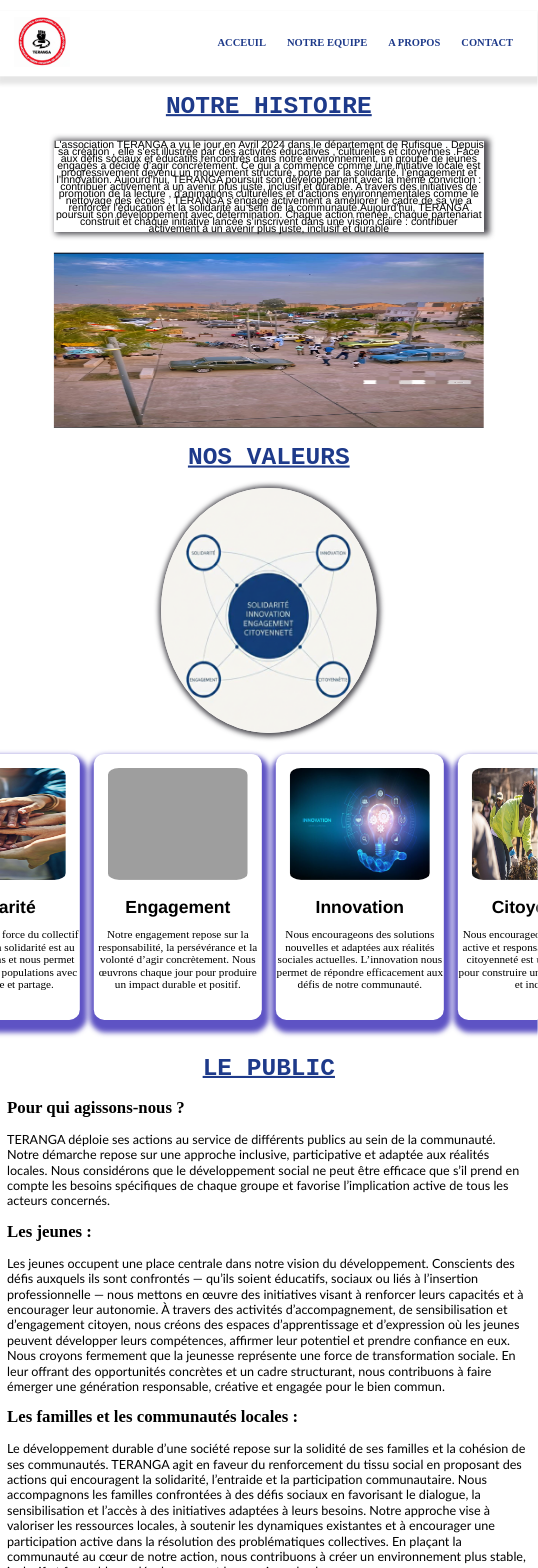
Repository: assanendao171/projet-teranga
Page: propos.html
These files come from the project's save history. The page is drawn as it stood at one moment and after the next save; the edit follows.
The browser window is 768 px wide. The pictures show the part of the page from y = 0 to 2240 px (the page is 4356 px tall before and 4616 px after), at 70% of full size.
Pictures or frames that could not be fetched are drawn as grey boxes.

Above is the page before, as saved 2026-02-13 16:17:42.

### propos.html
<!doctype html>
<html lang="en">
  <head>
    <meta charset="UTF-8" />
    <meta name="viewport" content="width=device-width, initial-scale=1.0" />
    <title>Document</title>
    <link rel="stylesheet" href="propos.css" />
  </head>
  <body>
    <!-- l'entete -->
    <header>
      <!-- logo -->
      <div class="contain-logo">
        <img src="image/logo.jpeg" alt="" class="logo" />
      </div>
      <div class="btn-nav">
        <nav>
          <a href="acceuil.html" target="_blank">ACCEUIL</a>
          <a href="equipe.html" target="_blank">NOTRE EQUIPE</a>
          <a href="propos.html" target="_blank">A PROPOS</a>
          <a href="contact.html" target="_blank">CONTACT</a>
        </nav>
      </div>
    </header>
    <!-- corps -->
    <main>
      <!-- section histoire -->
      <h1 id="histoire">NOTRE HISTOIRE</h1>
      <div class="contain-histoire">
        <p id="p-histoire">
          L'association TERANGA a vu le jour en Avril 2024 dans le département
          de Rufisque . Depuis sa création , elle s'est illustrée par des
          activités éducatives , culturelles et citoyennes .Face aux défis
          sociaux et éducatifs rencontrés dans notre environnement, un groupe de
          jeunes engagés a décidé d’agir concrètement. Ce qui a commencé comme
          une initiative locale est progressivement devenu un mouvement
          structuré, porté par la solidarité, l’engagement et l’innovation.
          Aujourd’hui, TERANGA poursuit son développement avec la même
          conviction : contribuer activement à un avenir plus juste, inclusif et
          durable. A travers des initiatives de promotion de la lecture ,
          d'animations culturelles et d'actions environnementales comme le
          nettoyage des écoles , TERANGA s'engage activement a améliorer le
          cadre de sa vie a renforcer l'éducation et la solidarité au sein de la
          communauté.Aujourd’hui, TERANGA poursuit son développement avec
          détermination. Chaque action menée, chaque partenariat construit et
          chaque initiative lancée s’inscrivent dans une vision claire :
          contribuer activement à un avenir plus juste, inclusif et durable
        </p>
        <img
          src="image/histoireImage.jpeg"
          alt="photo histoire"
          class="photo-histoire" />
      </div>
      <h1 id="valeur">NOS VALEURS</h1>
      <div class="contain-valeur">
        <img src="image/photo-valeur.png" alt="" class="photo-valeur" />
      </div>
      <div class="contain-image">
        <div class="image1">
          <img
            src="image/solidatité.jpg"
            alt="aide social"
            class="image-aide" />
          <span id="texte-aide-social">Solidarité</span>
          <p>
            Nous croyons en la force du collectif et en l’entraide. La
            solidarité est au cœur de nos actions et nous permet d’accompagner
            les populations avec respect, écoute et partage.
          </p>
        </div>
        <!-- ____________________ -->
        <div class="image1">
          <img src="image/engagement.jpg" alt="education" class="image-aide" />
          <span id="texte-aide-social">Engagement</span>
          <p>
            Notre engagement repose sur la responsabilité, la persévérance et la
            volonté d’agir concrètement. Nous œuvrons chaque jour pour produire
            un impact durable et positif.
          </p>
        </div>
        <!-- ___________________________________ -->
        <div class="image1">
          <img
            src="image/innovation.jpg"
            alt="environnement"
            class="image-aide" />
          <span id="texte-aide-social">Innovation</span>
          <p>
            Nous encourageons des solutions nouvelles et adaptées aux réalités
            sociales actuelles. L’innovation nous permet de répondre
            efficacement aux défis de notre communauté.
          </p>
          <!-- ______________________________________________ -->
        </div>
        <div class="image1">
          <img
            src="image/citoyennete.jpg"
            alt="environnement"
            class="image-aide" />
          <span id="texte-aide-social">Citoyenneté</span>
          <p>
            Nous encourageons la participation active et responsable de chacun.
            La citoyenneté est un levier essentiel pour construire une société
            plus juste et inclusive.
          </p>
          <!-- ______________________________________________ -->
        </div>
      </div>

      <!-- le public -->
      <div class="containt-public">
        <h1 id="public">LE PUBLIC</h1>
        <h2>Pour qui agissons-nous ?</h2>
        <p class="p-public">
          TERANGA déploie ses actions au service de différents publics au sein
          de la communauté. Notre démarche repose sur une approche inclusive,
          participative et adaptée aux réalités locales. Nous considérons que le
          développement social ne peut être efficace que s’il prend en compte
          les besoins spécifiques de chaque groupe et favorise l’implication
          active de tous les acteurs concernés.
        </p>
        <h2>Les jeunes :</h2>
        <p class="p-public">
          Les jeunes occupent une place centrale dans notre vision du
          développement. Conscients des défis auxquels ils sont confrontés —
          qu’ils soient éducatifs, sociaux ou liés à l’insertion professionnelle
          — nous mettons en œuvre des initiatives visant à renforcer leurs
          capacités et à encourager leur autonomie. À travers des activités
          d’accompagnement, de sensibilisation et d’engagement citoyen, nous
          créons des espaces d’apprentissage et d’expression où les jeunes
          peuvent développer leurs compétences, affirmer leur potentiel et
          prendre confiance en eux. Nous croyons fermement que la jeunesse
          représente une force de transformation sociale. En leur offrant des
          opportunités concrètes et un cadre structurant, nous contribuons à
          faire émerger une génération responsable, créative et engagée pour le
          bien commun.
        </p>
        <h2>Les familles et les communautés locales :</h2>
        <p class="p-public">
          Le développement durable d’une société repose sur la solidité de ses
          familles et la cohésion de ses communautés. TERANGA agit en faveur du
          renforcement du tissu social en proposant des actions qui encouragent
          la solidarité, l’entraide et la participation communautaire. Nous
          accompagnons les familles confrontées à des défis sociaux en
          favorisant le dialogue, la sensibilisation et l’accès à des
          initiatives adaptées à leurs besoins. Notre approche vise à valoriser
          les ressources locales, à soutenir les dynamiques existantes et à
          encourager une participation active dans la résolution des
          problématiques collectives. En plaçant la communauté au cœur de notre
          action, nous contribuons à créer un environnement plus stable,
          inclusif et favorable au développement harmonieux de chacun.
        </p>
        <h2>Les acteurs engagés et partenaires :</h2>
        <p class="p-public">
          TERANGA reconnaît que l’impact durable ne peut être atteint qu’à
          travers une collaboration étroite entre différents acteurs. C’est
          pourquoi nous travaillons aux côtés de bénévoles, de leaders
          communautaires, d’organisations partenaires et d’institutions
          partageant une vision commune du progrès social. Nous favorisons les
          synergies et les partenariats stratégiques afin de renforcer la portée
          de nos actions et d’optimiser les ressources disponibles. Cette
          dynamique collaborative permet de mutualiser les compétences, de
          partager les expériences et d’amplifier l’impact au bénéfice des
          populations ciblées. En cultivant un réseau engagé et solidaire, nous
          consolidons les bases d’un développement inclusif et durable.
        </p>
        <h2>Une approche inclusive :</h2>
        <p class="p-public">
          Au-delà des catégories spécifiques, notre action s’inscrit dans une
          démarche globale visant à promouvoir l’inclusion, l’équité et la
          participation citoyenne. Nous restons attentifs à l’évolution des
          besoins de la communauté et adaptons continuellement nos interventions
          afin de garantir leur pertinence et leur efficacité.
        </p>
      </div>
      <div>
        <h1 id="lieu">LE LIEU</h1>
      </div>
      <div class="contain-lieu">
        <p id="p-lieu">
          TERANGA inscrit son action au cœur de son territoire. Notre engagement
          prend racine dans un environnement marqué par des réalités sociales,
          éducatives et économiques spécifiques, qui nécessitent des réponses
          adaptées et durables. En étant présents au plus près des populations,
          nous développons une connaissance approfondie du contexte local, ce
          qui nous permet de proposer des initiatives pertinentes et cohérentes
          avec les besoins identifiés. Implantée à Rufisque, TERANGA agit
          principalement au niveau local tout en s’inscrivant dans une dynamique
          d’ouverture et de collaboration plus large. Notre proximité avec les
          habitants facilite l’écoute, le dialogue et la participation active de
          la communauté. Cette présence locale constitue un atout majeur : elle
          nous permet d’intervenir rapidement, de créer des liens solides et de
          renforcer la confiance entre les différents acteurs impliqués. Nous
          considérons notre territoire non seulement comme un espace
          d’intervention, mais aussi comme un espace d’opportunités. Les
          ressources humaines, les dynamiques communautaires et les initiatives
          locales représentent des leviers essentiels pour construire un
          développement durable. En valorisant ces atouts et en encourageant la
          coopération, TERANGA contribue activement à l’émergence d’un
          environnement plus inclusif, solidaire et porteur d’avenir.
        </p>
        <iframe
          src="https://www.google.com/maps/embed?pb=!1m18!1m12!1m3!1d15435.790002337535!2d-17.281228760870015!3d14.715560226542413!2m3!1f0!2f0!3f0!3m2!1i1024!2i768!4f13.1!3m3!1m2!1s0xec19fc137980b03%3A0x2f17ba47ed9b2b44!2sRufisque!5e0!3m2!1sfr!2ssn!4v1770901932337!5m2!1sfr!2ssn"
          width="600"
          height="450"
          style="border: 0"
          allowfullscreen=""
          loading="lazy"
          referrerpolicy="no-referrer-when-downgrade"></iframe>
      </div>
    </main>

    <footer>
      <nav class="btn-footer">
        <a href="acceuil.html" target="_blank">ACCEUIL</a>
        <a href="equipe.html" target="_blank">NOTRE EQUIPE</a>
        <a href="propos.html" target="_blank">A PROPOS</a>
        <a href="contact.html" target="_blank">CONTACT</a>
      </nav>
      <div class="contain-footer">
        <div class="liste-footer">
          <h4>Nos domaines d'action</h4>
          <ul>
            <li>Formation en informatique</li>
            <li>Apprentissage de l’anglais</li>
            <li>Aide sociale</li>
            <li>Actions communautaires</li>
          </ul>
        </div>
        <div class="copyright">
          <p>&copy;2026 Association TERANGA – Tous droits réservés</p>
        </div>
        <div class="contact">
          <ul>
            <li>📍 Rufisque, Sénégal</li>
            <li>📞 +221 77 926 43 67</li>
          </ul>
        </div>
      </div>
    </footer>
  </body>
</html>

### propos.css
body{
    margin: 15px 0 5px 0;
    background-color: #fffffff5;
}
header{
width: 100%;
height: 80px;
background-color: #FFFFFF;
box-shadow: 2px 6px 6px 6px rgba(0, 0, 0, 0.1);
display: flex;
align-items: center;
justify-content: center;
gap: 800px;
}
nav a{
    margin: 15px;
    color: #1E3A8A;
    text-decoration: none;
    font-size: 15px;
    font-weight:900;
}
nav a:hover{
    text-decoration: underline;
}
.logo{
    width: 80px;
left: 10px;
}


/* section histoire */
#histoire{
        color: #1E3A8A;

    text-align: center;
    font-size: 35px;
font-family: 'Courier New', Courier, monospace;
text-decoration: underline;

}
.contain-histoire{
    display: flex;
    gap: 25px;
}
#p-histoire{
    text-align: center;
    font-size: 18px;
font-family: 'Courier New', Courier, monospace;
margin: 5px ;
   width: 50%;
    box-shadow: 5px 1px 8px 4px rgba(31, 30, 37, 0.781);
}
.photo-histoire{
    width: 50%;
    height: 400px;
}
#valeur{
        color: #1E3A8A;

    text-align: center;
    font-size: 35px;
font-family: 'Courier New', Courier, monospace;
text-decoration: underline;

}
.photo-valeur{
    width: 40%;
    height: 350px;
border-radius: 50%;
    box-shadow: 1px 1px 8px 4px rgba(31, 30, 37, 0.781);
}
.contain-valeur{
    display: flex;
    flex-direction: row;
    justify-content: center;
}

.contain-image{
    padding-top: 30px;
    display: flex;
    gap: 20px;
    text-align: center;
    justify-content: center;
    align-items: center;
}
.image1{
    width: 300px;
    height: 380px;
    text-align: center;
    background-color: rgb(255, 255, 255);
    border-radius: 15px;
    box-shadow: 2px 10px 8px 8px rgba(49, 34, 180, 0.781);
    color: #000000;

}
.image-aide{
        width: 240px;
    height: 200px;
    padding: 20px;
    border-radius: 15%;
}
.image-aide:hover{
    transition: 0.5s;
    transform: scale(1.1);
}
#texte-aide-social{
        font-size: 25px;
        font-weight:bold;
font-family:'Franklin Gothic Medium', 'Arial Narrow', Arial, sans-serif
}
#public{
        color: #1E3A8A;
padding-top: 25px;
    text-align: center;
    font-size: 35px;
font-family: 'Courier New', Courier, monospace;
text-decoration: underline;
}
.containt-public{
    margin: 10px;
}
.p-public{
    font-size: 18px;
font-family:'Trebuchet MS', 'Lucida Sans Unicode', 'Lucida Grande', 'Lucida Sans', Arial, sans-serif
}
#lieu{
        color: #1E3A8A;
padding-top: 25px;
    text-align: center;
    font-size: 35px;
font-family: 'Courier New', Courier, monospace;
text-decoration: underline;
}


.contain-lieu{
    display: flex;
    gap: 25px;
}
#p-lieu{
    text-align: center;
    font-size: 18px;
font-family: 'Courier New', Courier, monospace;
margin: 5px ;
   width: 50%;
    box-shadow: 5px 1px 8px 4px rgba(31, 30, 37, 0.781);
}
.ifram-lieu{
    width: 50%;
    height: 370px;
}





footer{
    background-color: #2D3748;
    width: 100%;
    height: 230px;
    margin-top: 20px;
}
.btn-footer{
    display: flex;
    flex-direction: row;
    justify-content: center;

}
.btn-footer a{
    padding: px;
    color: #FFFFFF;
    margin: 10x;
    font-size: 15px;
}
.liste-footer{
    margin-left: 10px;
        color: #FFFFFF;

}
.contact{
    display: flex;
    flex-direction: row;
    justify-content: flex-end;
    color: #FFFFFF;
}
.contain-footer{
    display: flex;
    flex-direction: row;
    justify-content: space-between;
}
.copyright{
        color: #FFFFFF;
    font-size: 22px;
    display: flex;
    flex-direction: column;
    justify-content: flex-end;
}


/* mediaquery pour mobile*/
@media screen and (max-width: 768px) {
  * {
    box-sizing: border-box;
  }
  html,
  body {
    width: 100%;
    overflow-x: hidden;
  }
  header {
    width: 100%;
    height: auto;
    background-color: #ffffff;
    box-shadow: 2px 6px 6px 6px rgba(0, 0, 0, 0.1);
    gap: 10px;
    display: flex;
    flex-direction: column;
    justify-content: space-between;
    align-items: center;
    padding: 10px 20px;
  }

  nav {
    display: flex;
    flex-direction: column;
    justify-content: center;
    align-items: center;
  }
  nav a {
    margin: 15px;
    color: #1e3a8a;
    text-decoration: none;
    font-size: 15px;
    font-weight: 900;
  }
  nav a:hover {
    text-decoration: underline;
  }
.contain-histoire{
    display: flex;
    flex-direction: column;
    justify-content: center;
    align-items: center;
    gap: 25px;
}

#p-histoire{
    text-align: center;
    font-size: 15px;
font-family:'Franklin Gothic Medium', 'Arial Narrow', Arial, sans-serif;
line-height: 10px;
margin: 5px ;
   width: 50%;
    box-shadow: 5px 1px 8px 4px rgba(31, 30, 37, 0.781);
    width: 80%;
}
.photo-histoire{
    width: 80%;
    height: 250px;
}
footer {
    display: flex;
  background-color: #2d3748;
  width: 100%;
  height: auto;
  margin-top: 20px;
  flex-direction: column;
  justify-content: center;
  align-items: center;
}
.contain-footer{
    display: flex;
    flex-direction: column;
    align-items: center;
    gap: 20px;
}

.bloc-footer{
    display: flex;
    flex-direction: column;
    align-items: center;
    text-align: center;
    gap: 25px;

}
.liste-footer ul,
.contact ul{
    padding: 0;
}
}



/* media query tablette */
@media (min-width: 768px) {
  * {
    box-sizing: border-box;
  }
  html,
  body {
    width: 100%;
    overflow-x: hidden;
  }
  header {
    width: 100%;
    height: auto;
    background-color: #ffffff;
    box-shadow: 2px 6px 6px 6px rgba(0, 0, 0, 0.1);
    gap: 10px;
    display: flex;
    flex-direction: row;
    justify-content: space-between;
    align-items: center;
    padding: 10px 20px;
  }

  nav {
    display: flex;
    flex-direction: row;
    justify-content: center;
    align-items: center;
  }

footer {
    display: flex;
  background-color: #2d3748;
  width: 100%;
  height: auto;
  margin-top: 20px;
  flex-direction: column;
  justify-content: center;
  align-items: center;
}
.contain-footer{
    display: flex;
    flex-direction: column;
    align-items: center;
    gap: 20px;
}

.bloc-footer{
    display: flex;
    flex-direction: column;
    align-items: center;
    text-align: center;
    gap: 25px;

}
.liste-footer ul,
.contact ul{
    padding: 0;
}
}

After the next save:
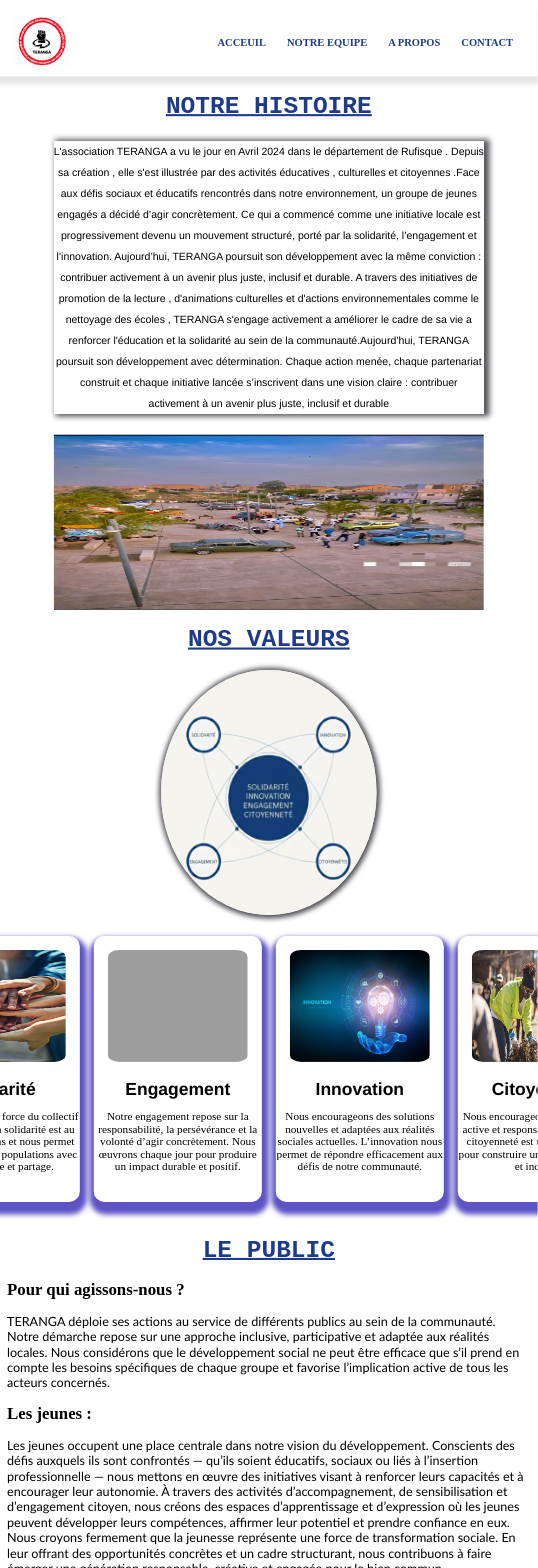
Saved 7 s later.
--- a/propos.css
+++ b/propos.css
@@ -248,7 +248,7 @@ footer{
     text-align: center;
     font-size: 15px;
 font-family:'Franklin Gothic Medium', 'Arial Narrow', Arial, sans-serif;
-line-height: 10px;
+line-height: 30px;
 margin: 5px ;
    width: 50%;
     box-shadow: 5px 1px 8px 4px rgba(31, 30, 37, 0.781);
